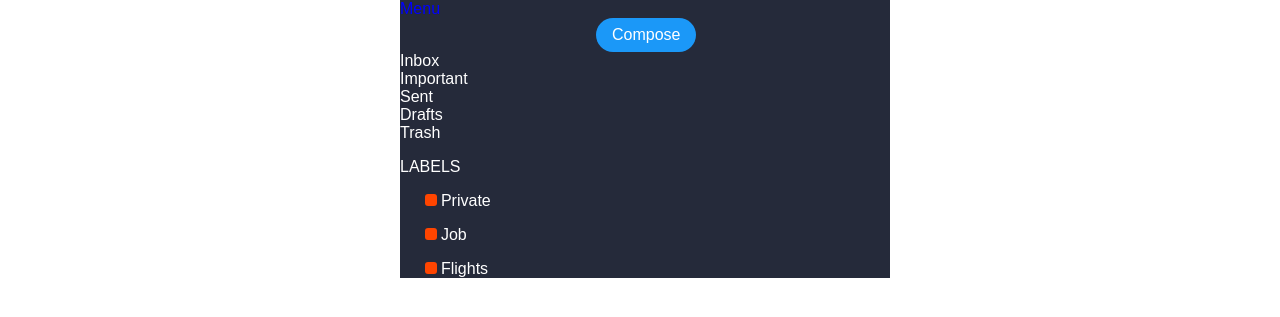
Repository: Gumiin/studia
Page: lesson4/index.html
These files come from the project's save history. The page is drawn as it stood at one moment and after the next save; the edit follows.
The browser window is 1280 px wide. The pictures show the whole page.

Above is the page before, as saved 2021-04-07 18:14:00.

After the next save:
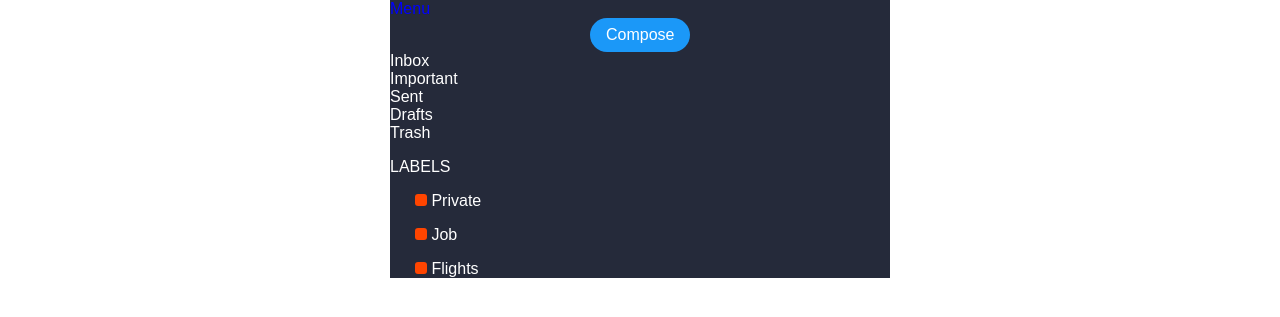
Saved 11 s later.
--- a/lesson4/style.css
+++ b/lesson4/style.css
@@ -10,7 +10,6 @@ body{
 #menus{
     background-color: #252a3a;
     font-size: 16px;
-    margin-left: 2%;
 }
 #menus a{
     text-decoration: none;
